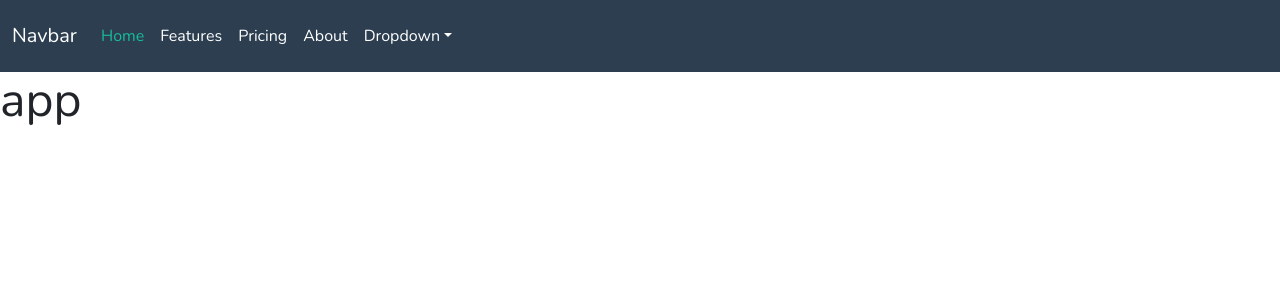
Repository: WaiMaungMaung/Mgr-site
Page: http://localhost/
The author's editor kept a copy of each file at every save. The page is drawn from the files as they stood at one save, then again after the next save.
The browser window is 1280 px wide. The pictures show the whole page.
The page is served by the project's Laravel application, run on PHP 8.4 with Laravel 9.

Above is the page before, as saved 2022-04-05 16:22:31.

After the next save:
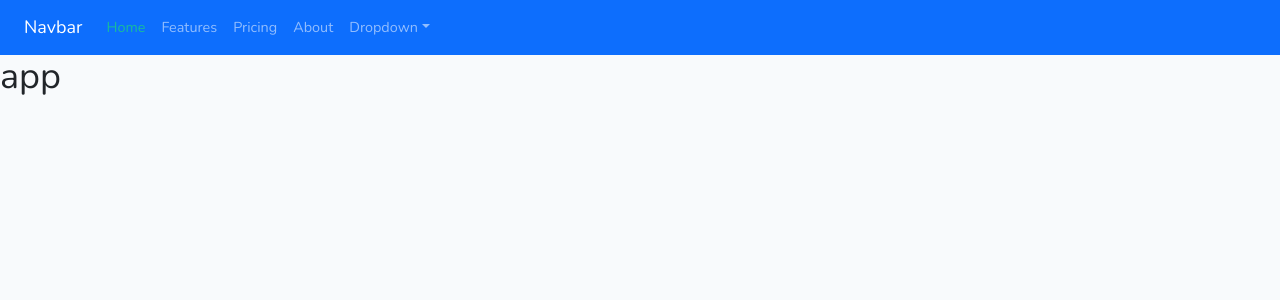
Saved 37 s later.
--- a/resources/views/layouts/app.blade.php
+++ b/resources/views/layouts/app.blade.php
@@ -10,6 +10,7 @@
     <!-- Fonts -->
     <link href="https://fonts.googleapis.com/css2?family=Nunito:wght@400;600;700&display=swap" rel="stylesheet">
     <link rel="stylesheet" href="https://bootswatch.com/5/flatly/bootstrap.min.css">
+    <link rel="stylesheet" href="css/app.css">
     <!-- Styles -->
     <style>
         /*! normalize.css v8.0.1 | MIT License | github.com/necolas/normalize.css */

After the save that followed:
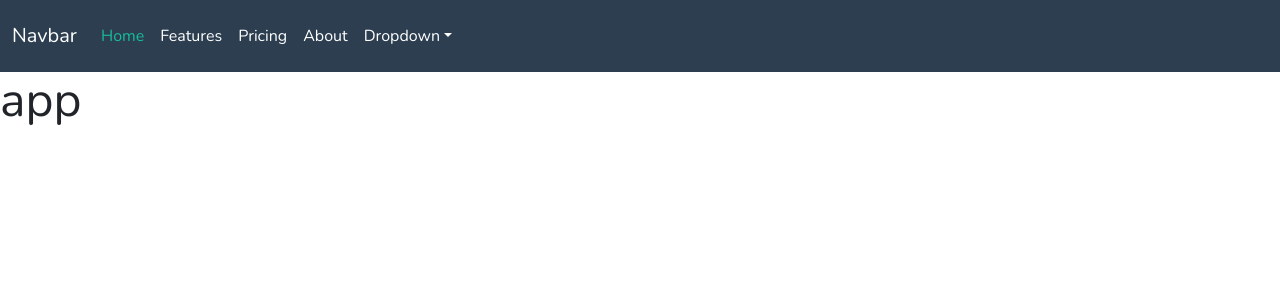
Saved 10 s later.
--- a/resources/views/layouts/app.blade.php
+++ b/resources/views/layouts/app.blade.php
@@ -10,7 +10,7 @@
     <!-- Fonts -->
     <link href="https://fonts.googleapis.com/css2?family=Nunito:wght@400;600;700&display=swap" rel="stylesheet">
     <link rel="stylesheet" href="https://bootswatch.com/5/flatly/bootstrap.min.css">
-    <link rel="stylesheet" href="css/app.css">
+    {{-- <link rel="stylesheet" href="css/app.css"> --}}
     <!-- Styles -->
     <style>
         /*! normalize.css v8.0.1 | MIT License | github.com/necolas/normalize.css */
